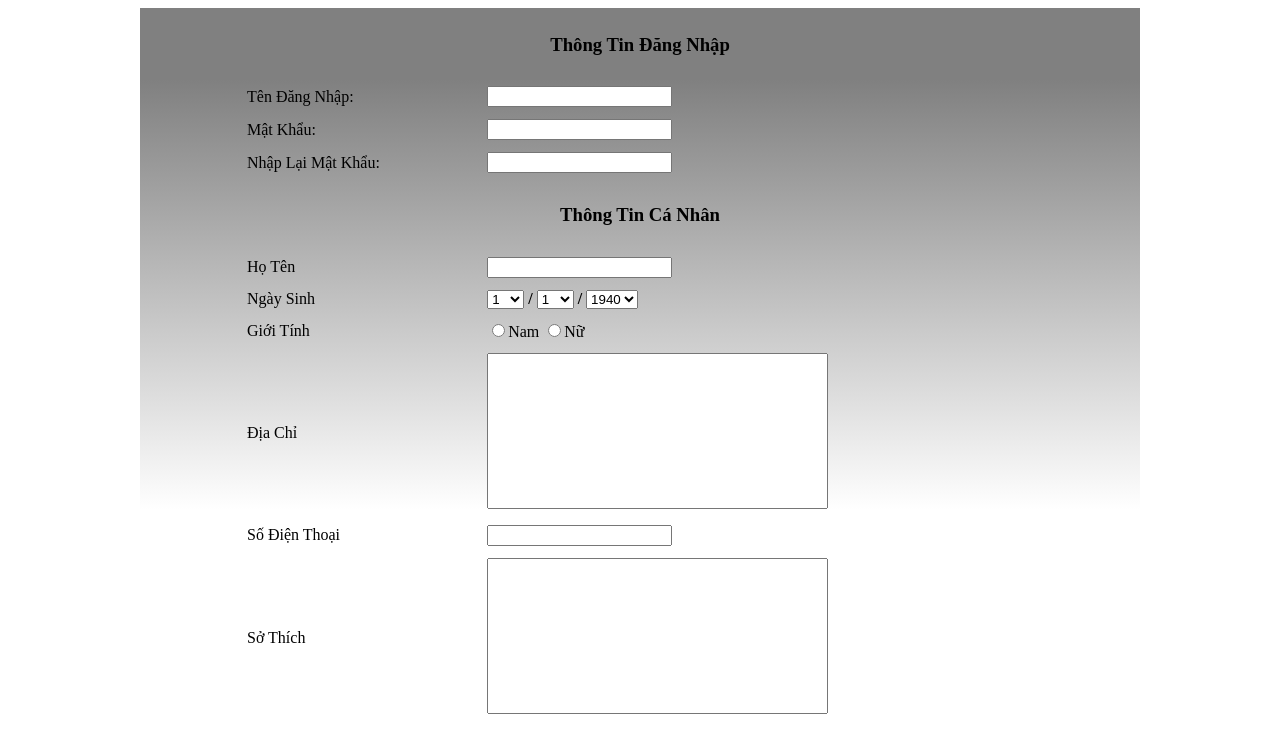
Repository: Tan-Khang21/TH_TKW--Buoi_04
Page: Bai_Tap_Tren_Lop/Bai_01/Form5.html
These files come from the project's save history. The page is drawn as it stood at one moment and after the next save; the edit follows.
The browser window is 1280 px wide. The pictures show the whole page.

Above is the page before, as saved 2024-03-06 11:44:45.

After the next save:
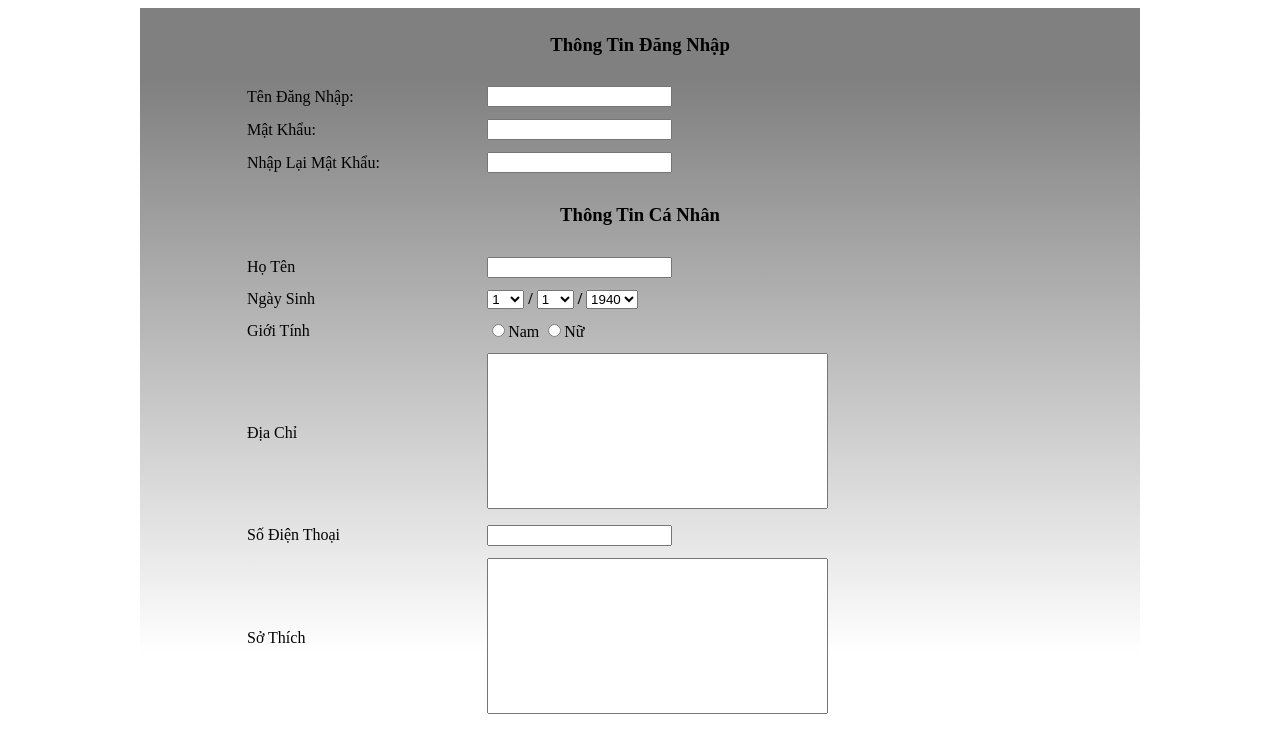
Saved 6 s later.
--- a/Bai_Tap_Tren_Lop/Bai_01/Form5.html
+++ b/Bai_Tap_Tren_Lop/Bai_01/Form5.html
@@ -9,7 +9,7 @@
 <body>
     <div style="width: 1000px;margin: 0 auto;
     background-position: 30% 70%;
-     background: linear-gradient(to bottom,gray 10%,white 70%);">
+     background: linear-gradient(to bottom,gray 10%,white 90%);">
         <table cellpadding="5px" align="center"  style="width: 800px;">
             <tr>
                 <th colspan="3"><h3>Thông Tin Đăng Nhập</h3></th>
